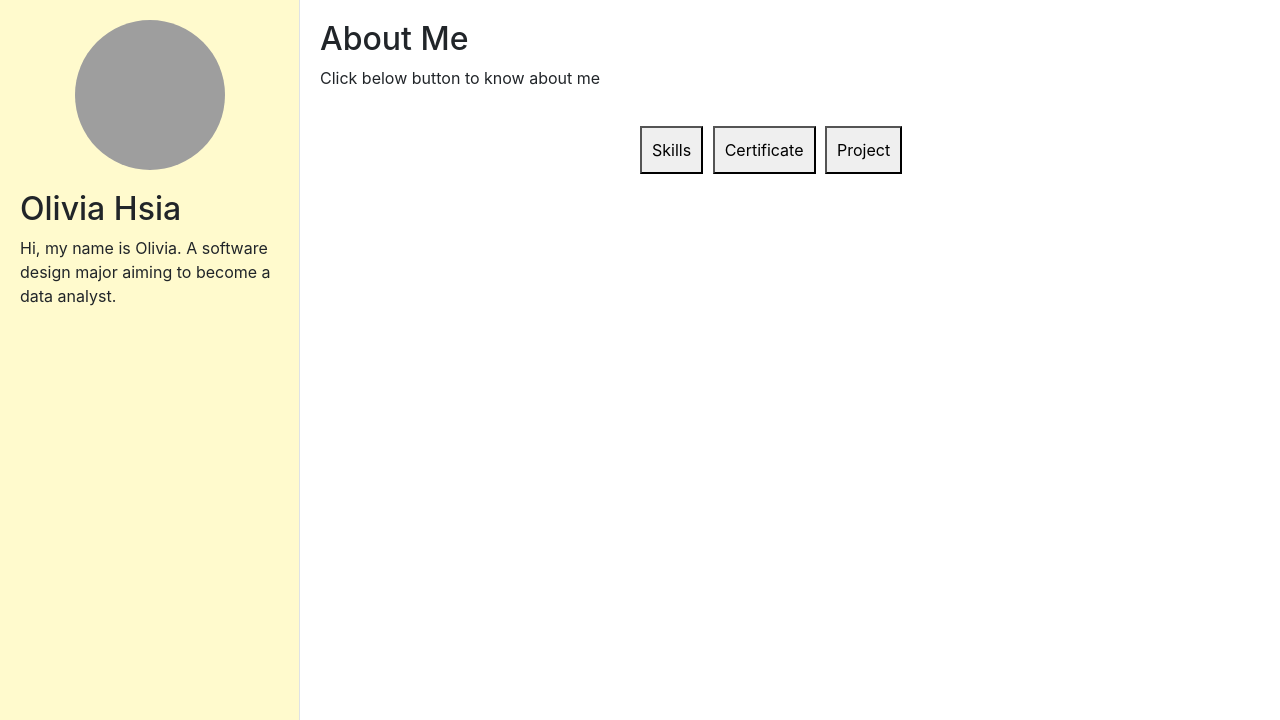
Repository: oliviahsia/FinalProject
Page: src/main/webapp/WEB-INF/main.html
An editor plug-in stored every save of this project. The page is shown before and after the next save, followed by the edit.
The browser window is 1280 px wide. The pictures show the whole page.
Pictures or frames that could not be fetched are drawn as grey boxes. An inner scrolling area shows only its first screen. Some web libraries are served in a nearby version.

Above is the page before, as saved 2024-03-09 14:51:08.

After the next save:
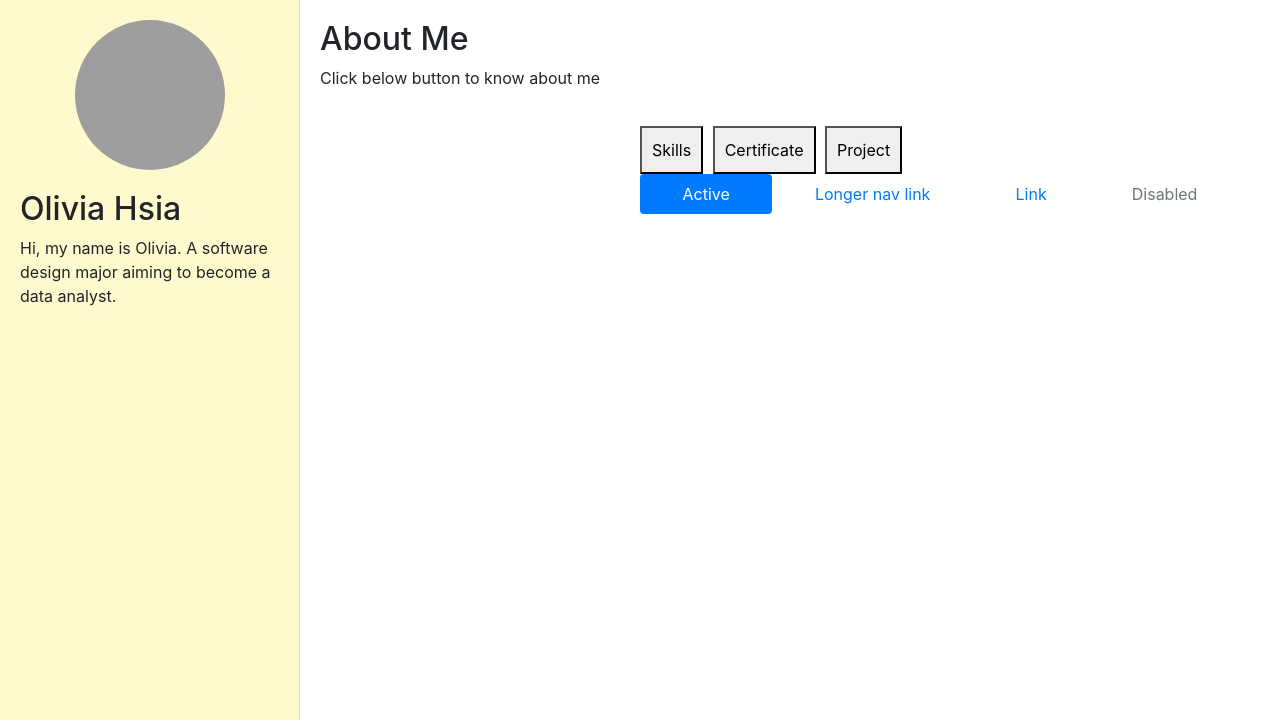
Saved 48 min 52 s later.
--- a/src/main/webapp/WEB-INF/main.html
+++ b/src/main/webapp/WEB-INF/main.html
@@ -32,6 +32,21 @@
         <button class="nav-button" onclick="showSection('Certificate',this)">Certificate</button>
         <button class="nav-button" onclick="showSection('Project',this)">Project</button>
       </div>
+
+      <ul class="nav nav-pills nav-fill">
+        <li class="nav-item">
+          <a class="nav-link active" href="#">Active</a>
+        </li>
+        <li class="nav-item">
+          <a class="nav-link" href="#">Longer nav link</a>
+        </li>
+        <li class="nav-item">
+          <a class="nav-link" href="#">Link</a>
+        </li>
+        <li class="nav-item">
+          <a class="nav-link disabled" href="#">Disabled</a>
+        </li>
+      </ul>
 
       <!-- Content sections -->
       <div id="Skills" class="content-section">
